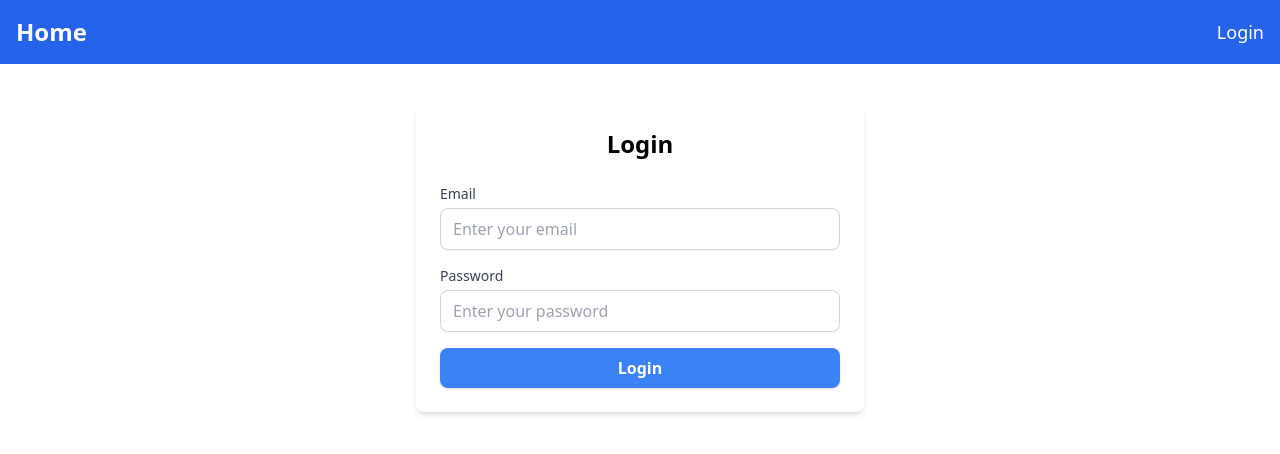
Repository: Ademaulana100499/learnReact
Page: /login
The author's editor kept a copy of each file at every save. The page is drawn from the files as they stood at one save, then again after the next save.
The browser window is 1280 px wide. The pictures show the whole page.
The project was rebuilt for these pictures with package versions that can differ from the ones it lists, and the page was loaded fresh each time. Also part of the build but not shown: vite.config.js, src/components/Navbar/index.jsx, src/pages/HomePage/index.jsx, src/pages/DetailPage/index.jsx.

Above is the page before, as saved 2024-12-15 10:22:11.

After the next save:
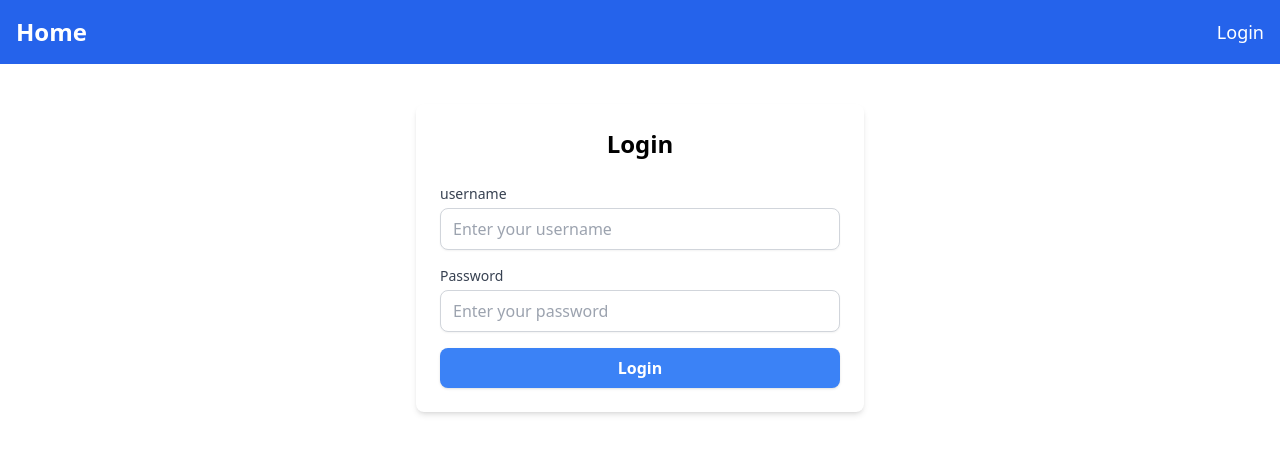
Saved 47 s later.
--- a/src/pages/LoginPage/index.jsx
+++ b/src/pages/LoginPage/index.jsx
@@ -33,17 +33,17 @@
         <form>
           <div className="mb-4">
             <label
-              htmlFor="email"
+              htmlFor="username"
               className="block mb-1 text-sm font-medium text-gray-700"
             >
-              Email
+              username
             </label>
             <input
               onChange={handleChangeName}
-              type="email"
-              id="email"
-              name="email"
-              placeholder="Enter your email"
+              type="username"
+              id="username"
+              name="username"
+              placeholder="Enter your username"
               required
               className="w-full px-3 py-2 border border-gray-300 rounded-lg shadow-sm focus:outline-none focus:ring-2 focus:ring-blue-400 focus:border-transparent"
             />
